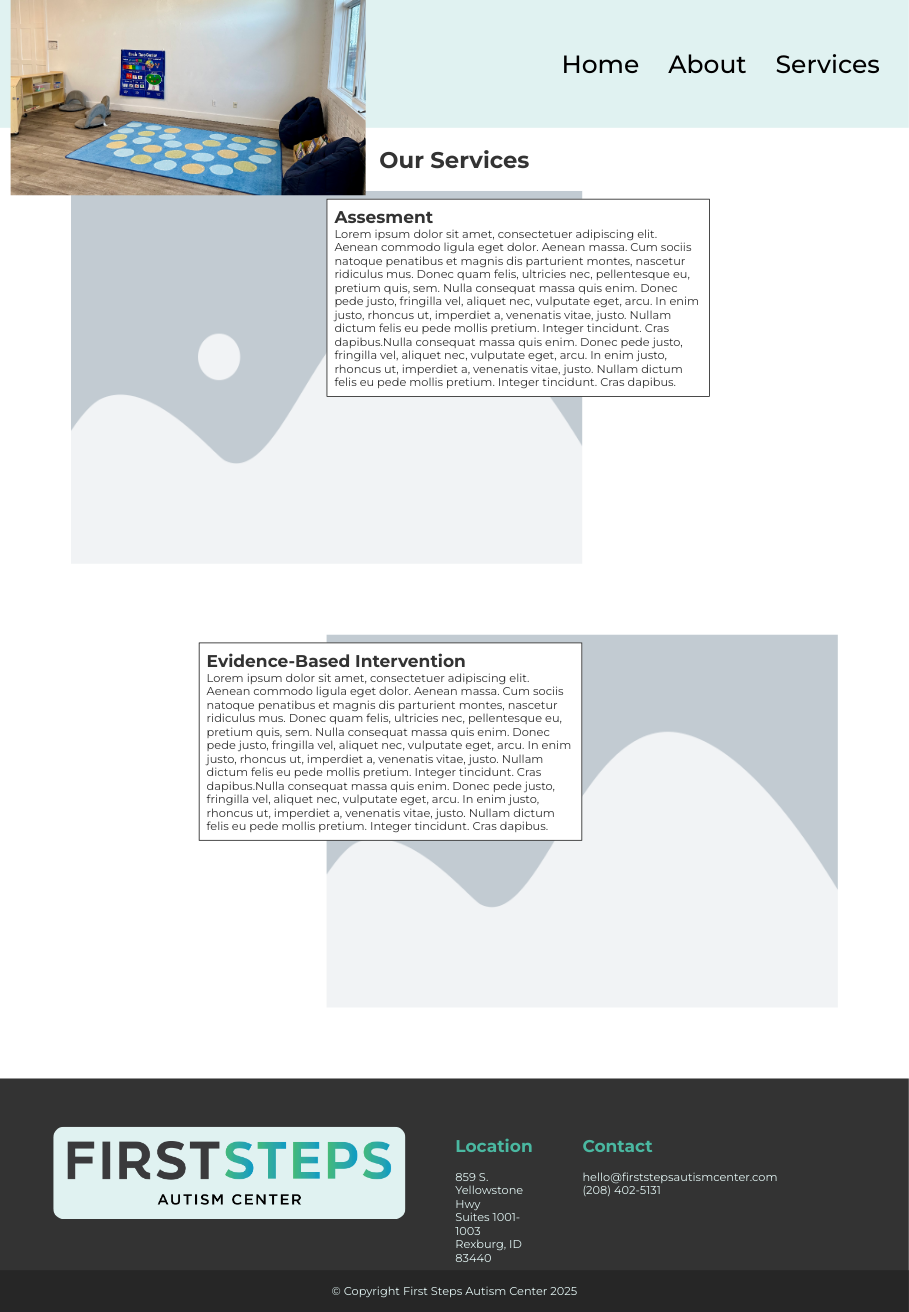
Repository: LordHaphestus/firstStepsAutism
Page: services.html
The author's editor kept a copy of each file at every save. The page is drawn from the files as they stood at one save, then again after the next save.
The browser window is 1280 px wide. The pictures show the whole page, at 71% of full size.

Above is the page before, as saved 2026-02-17 21:48:54.

After the next save:
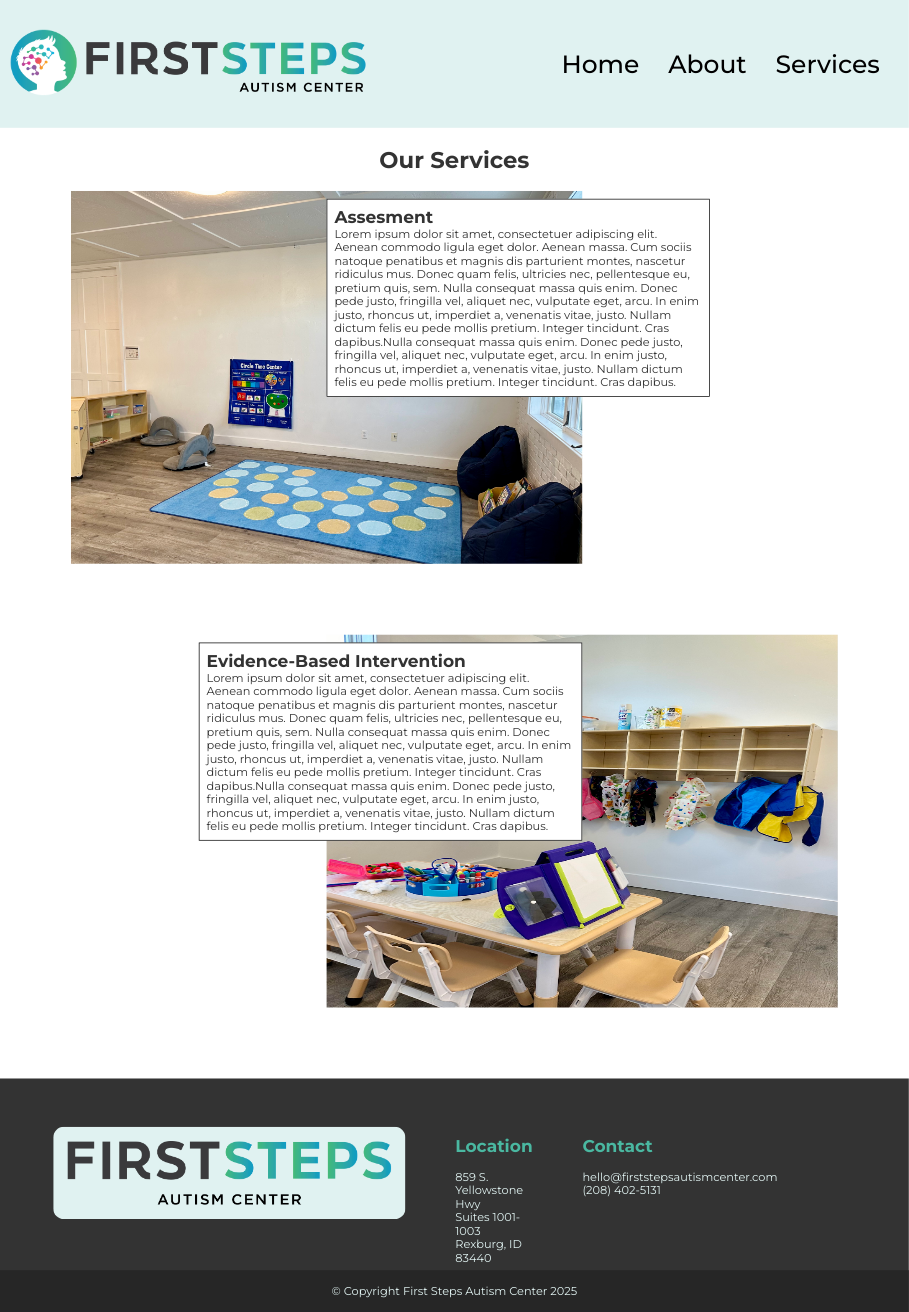
Saved 98 s later.
--- a/services.html
+++ b/services.html
@@ -8,7 +8,7 @@
 </head>
 <body>
     <header>
-        <a href="index.html" id="logo"><img src="images/IMG_3628.jpeg" alt="First Steps Autism Logo"></a>
+        <a href="index.html" id="logo"><img src="images/horizontalLogoColor.png" alt="First Steps Autism Logo"></a>
         <nav>
             <a href="index.html">Home</a>
             <a href="about.html">About</a>
@@ -23,14 +23,14 @@
                 <h2>Assesment</h2>
                 <p>Lorem ipsum dolor sit amet, consectetuer adipiscing elit. Aenean commodo ligula eget dolor. Aenean massa. Cum sociis natoque penatibus et magnis dis parturient montes, nascetur ridiculus mus. Donec quam felis, ultricies nec, pellentesque eu, pretium quis, sem. Nulla consequat massa quis enim. Donec pede justo, fringilla vel, aliquet nec, vulputate eget, arcu. In enim justo, rhoncus ut, imperdiet a, venenatis vitae, justo. Nullam dictum felis eu pede mollis pretium. Integer tincidunt. Cras dapibus.Nulla consequat massa quis enim. Donec pede justo, fringilla vel, aliquet nec, vulputate eget, arcu. In enim justo, rhoncus ut, imperdiet a, venenatis vitae, justo. Nullam dictum felis eu pede mollis pretium. Integer tincidunt. Cras dapibus.</p>
             </section>
-            <img src="images/placeholder.png" alt="service1" style="grid-column: 1/5;">
+            <img src="images/IMG_3628.jpeg" alt="service1" style="grid-column: 1/5;">
         </div>
         <div>
             <section style="grid-column: 2/5; grid-row: 2/4;">
                 <h2>Evidence-Based Intervention</h2>
                 <p>Lorem ipsum dolor sit amet, consectetuer adipiscing elit. Aenean commodo ligula eget dolor. Aenean massa. Cum sociis natoque penatibus et magnis dis parturient montes, nascetur ridiculus mus. Donec quam felis, ultricies nec, pellentesque eu, pretium quis, sem. Nulla consequat massa quis enim. Donec pede justo, fringilla vel, aliquet nec, vulputate eget, arcu. In enim justo, rhoncus ut, imperdiet a, venenatis vitae, justo. Nullam dictum felis eu pede mollis pretium. Integer tincidunt. Cras dapibus.Nulla consequat massa quis enim. Donec pede justo, fringilla vel, aliquet nec, vulputate eget, arcu. In enim justo, rhoncus ut, imperdiet a, venenatis vitae, justo. Nullam dictum felis eu pede mollis pretium. Integer tincidunt. Cras dapibus.</p>
             </section>
-            <img src="images/placeholder.png" alt="service2" style="grid-column: 3/7;">
+            <img src="images/IMG_3643.jpeg" alt="service2" style="grid-column: 3/7;">
         </div>
     </main>
     <footer>
